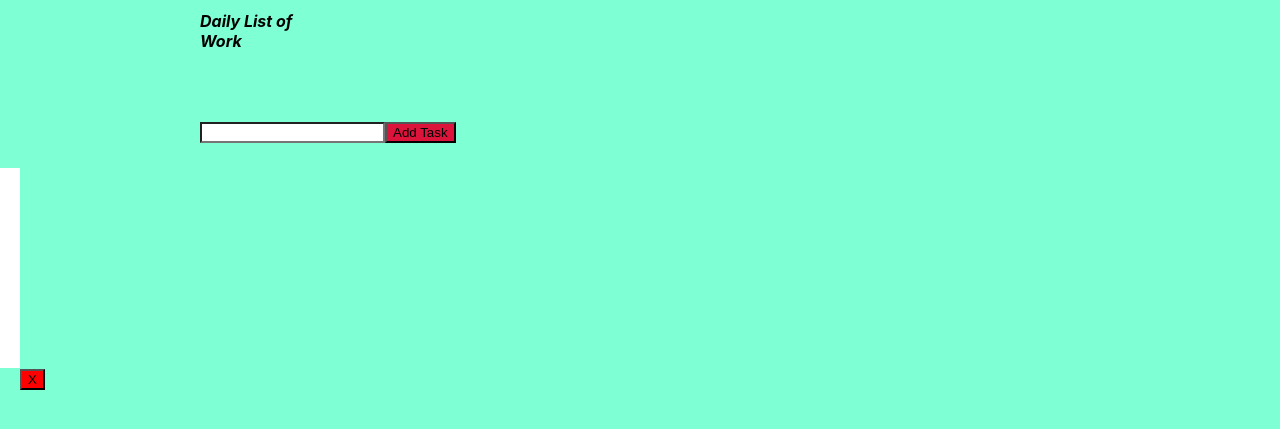
Repository: iamjayenmthakuri/todolist
Page: /, after clicking the first element matching `button.button`
The author's editor kept a copy of each file at every save. The page is drawn from the files as they stood at one save, then again after the next save.
The browser window is 1280 px wide. The pictures show the whole page.
The project was rebuilt for these pictures with package versions that can differ from the ones it lists, and the page was loaded fresh each time.

Above is the page before, as saved 2022-09-19 10:36:00.

After the next save:
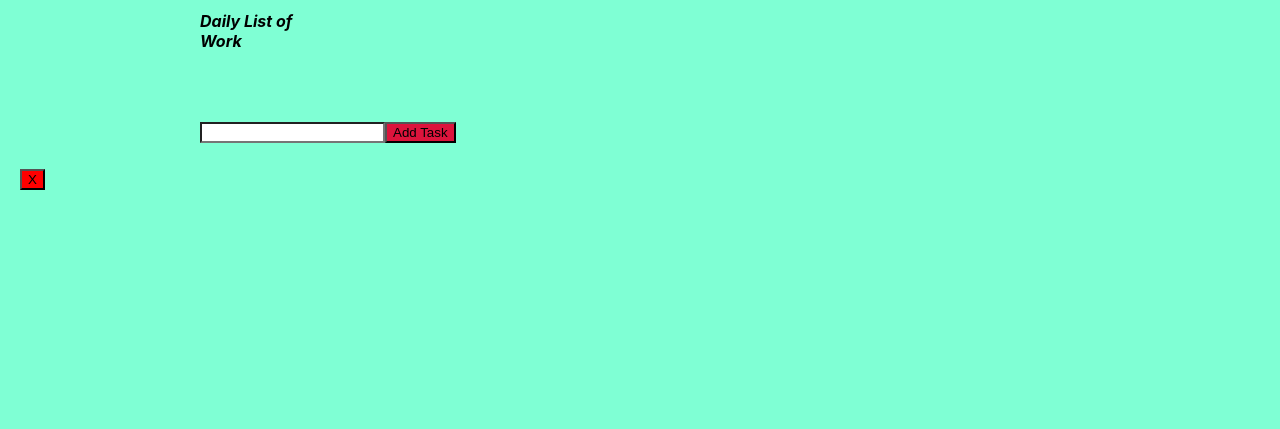
Saved 17 s later.
--- a/src/App.css
+++ b/src/App.css
@@ -15,8 +15,8 @@ body{
 }
 .container{
   background-color: white;
-  height:200px;
-  width:20px;
+  height:max-content;
+  width:200px;
   margin-bottom: auto;
   margin-top: auto;
 }
